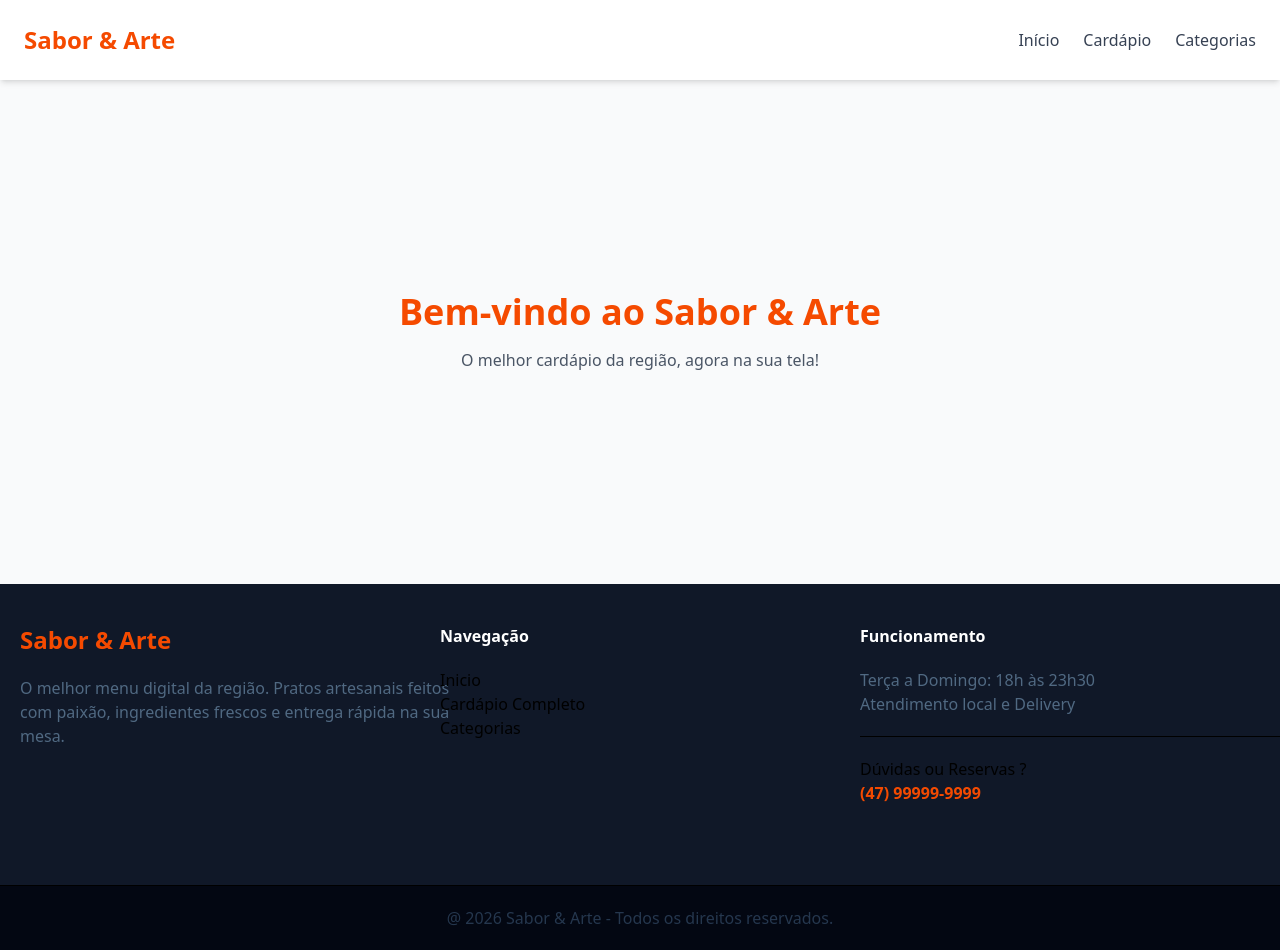
Repository: DiegoWWeege/pair-programming-next-js
Page: / (app in next-js-project/)
An editor plug-in stored every save of this project. The page is shown before and after the next save, followed by the edit.
The browser window is 1280 px wide. The pictures show the whole page.
The project was rebuilt for these pictures with package versions that can differ from the ones it lists, and the page was loaded fresh each time. The framework's server and built-in components were replaced by stand-ins that run in the browser. Also part of the build but not shown: next-js-project/next.config.ts.

Above is the page before, as saved 2026-09-18 18:56:10.

After the next save:
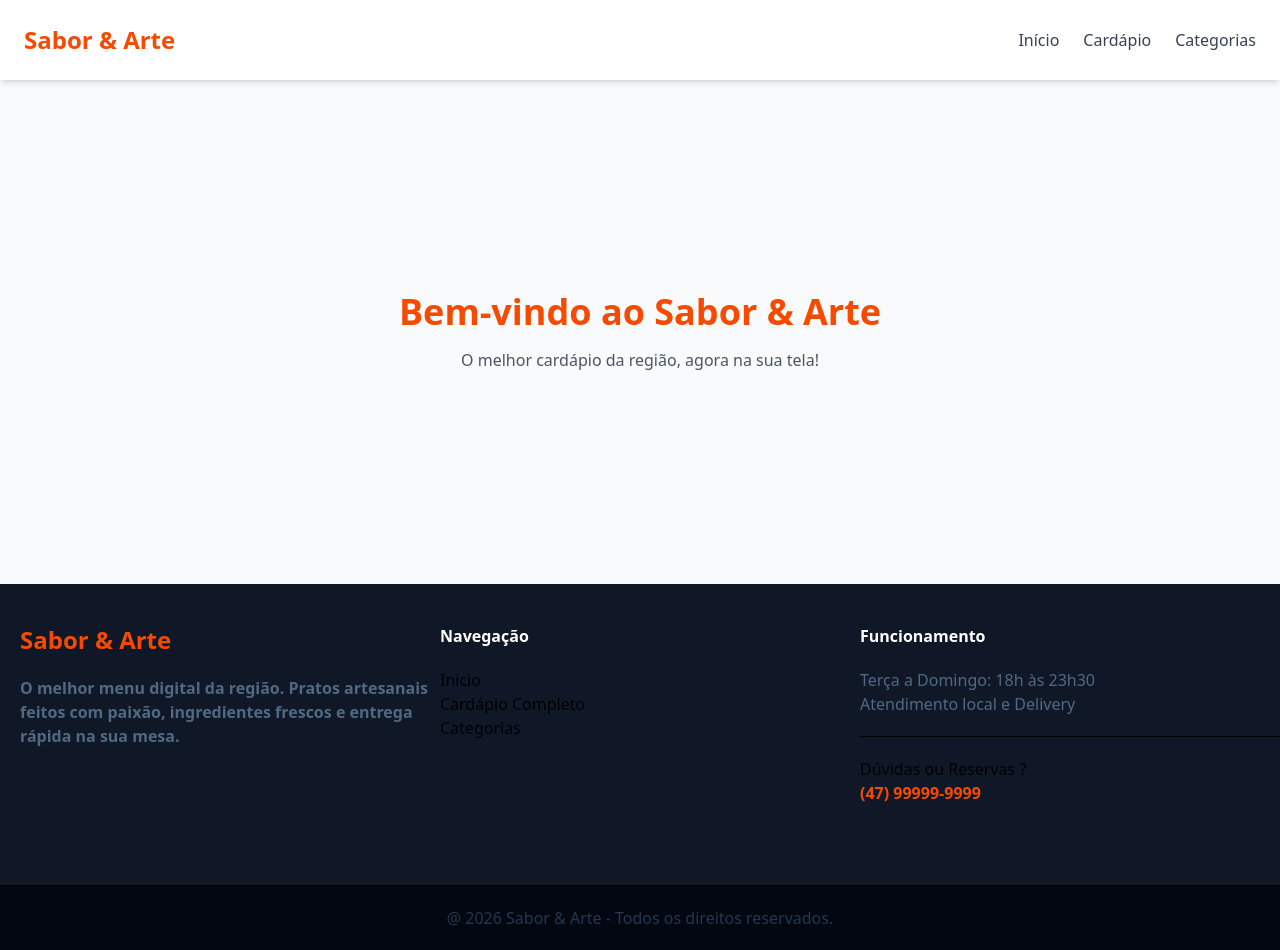
Saved 7 s later.
--- a/next-js-project/src/components/Footer.tsx
+++ b/next-js-project/src/components/Footer.tsx
@@ -11,7 +11,7 @@
                         Sabor & Arte
                     </h2>
 
-                    <p className="w-110 mb-5 w-60 text-[#506982]">
+                    <p className="w-110 mb-5 w-60 text-[#506982] font-semibold">
                         O melhor menu digital da região. Pratos artesanais feitos com
                         paixão, ingredientes frescos e entrega rápida na sua mesa.
                     </p>

After the save that followed:
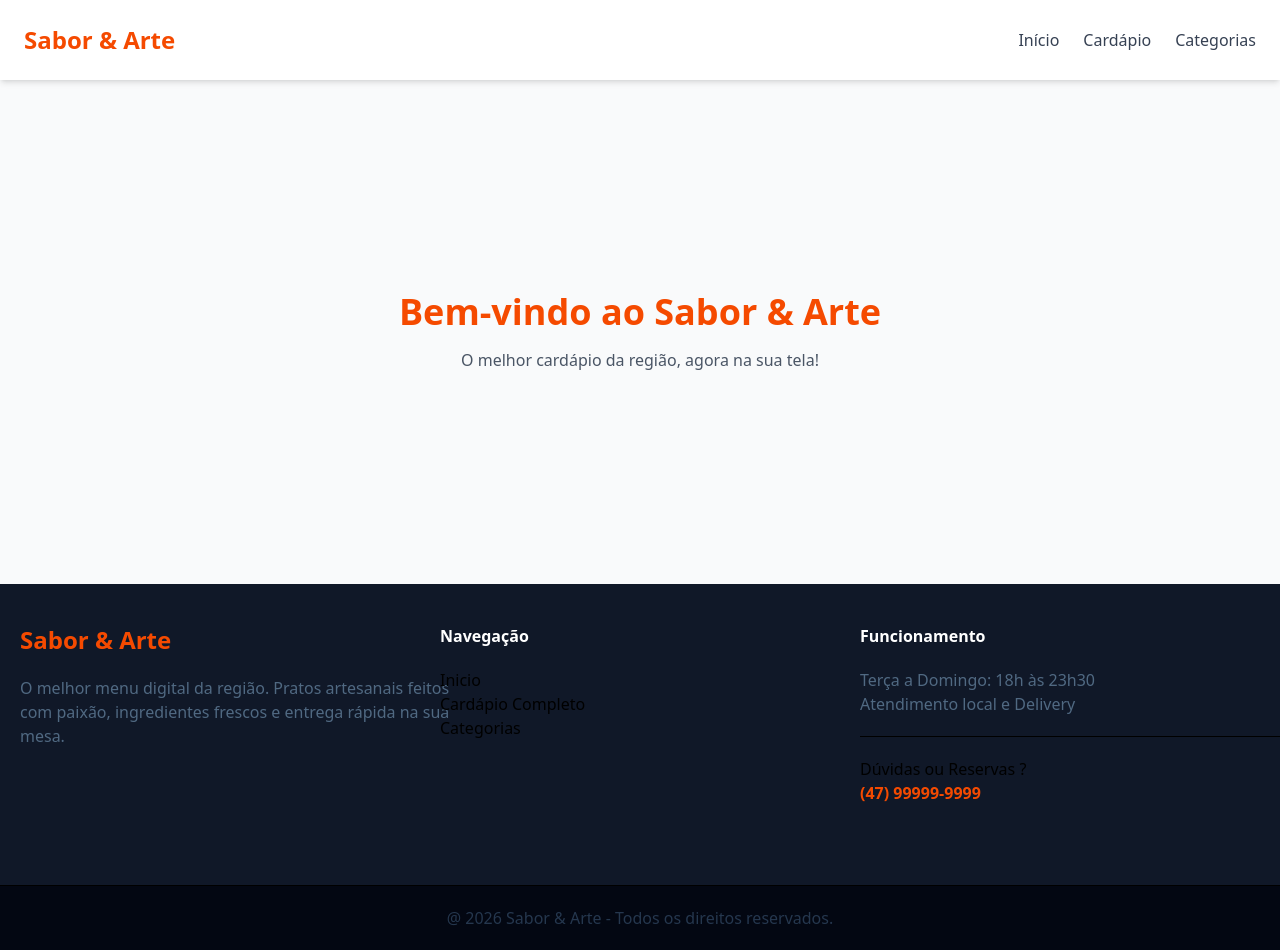
Saved 5 s later.
--- a/next-js-project/src/components/Footer.tsx
+++ b/next-js-project/src/components/Footer.tsx
@@ -11,7 +11,7 @@
                         Sabor & Arte
                     </h2>
 
-                    <p className="w-110 mb-5 w-60 text-[#506982] font-semibold">
+                    <p className="w-110 mb-5 w-60 text-[#506982] ">
                         O melhor menu digital da região. Pratos artesanais feitos com
                         paixão, ingredientes frescos e entrega rápida na sua mesa.
                     </p>
